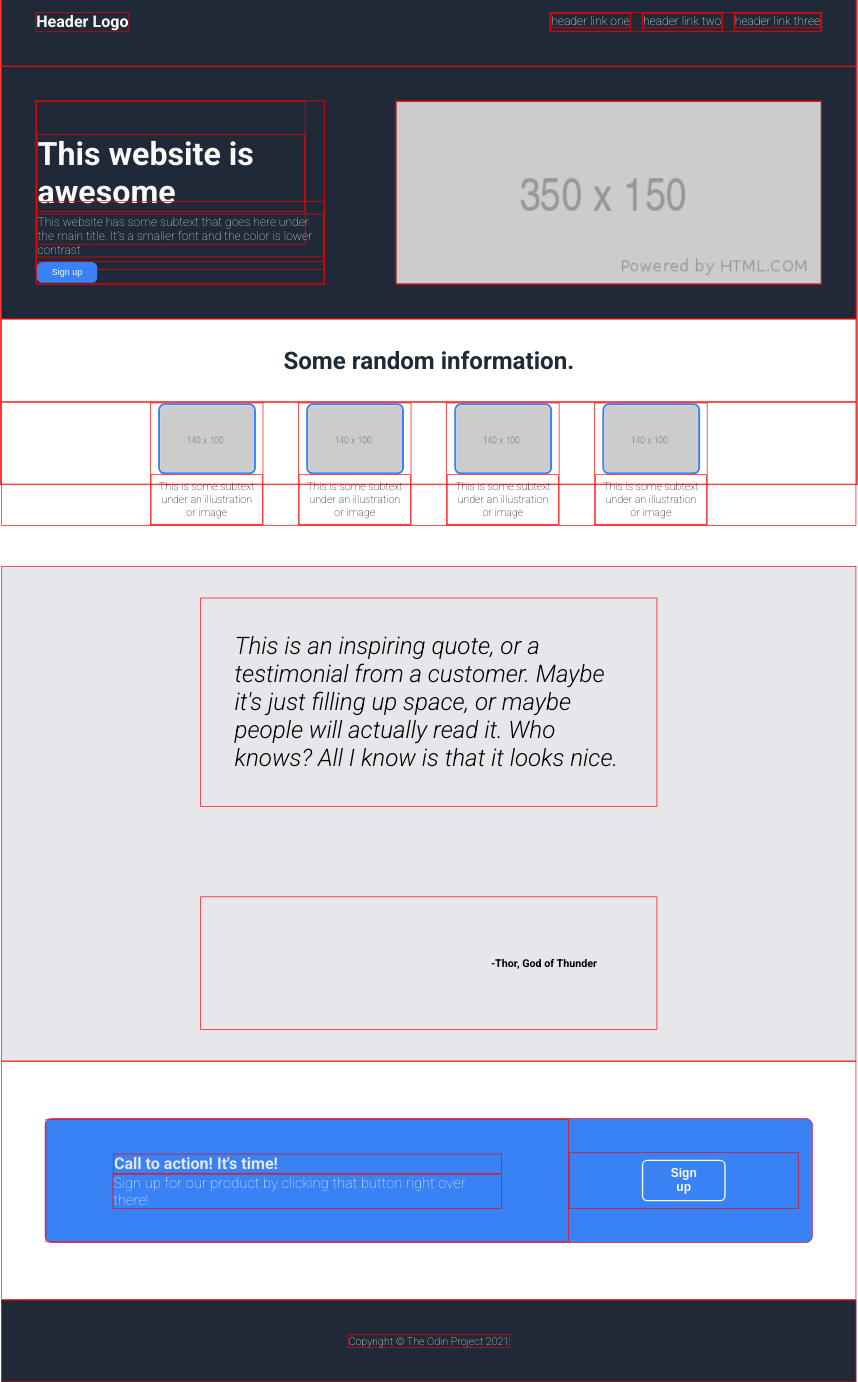
Repository: weazzyefff/The-Landing-Page
Page: index.html
The author's editor kept a copy of each file at every save. The page is drawn from the files as they stood at one save, then again after the next save.
The browser window is 1280 px wide. The pictures show the whole page, at 67% of full size.

Above is the page before, as saved 2022-11-01 19:41:40.
Not found: index.js

### index.html
<!DOCTYPE html>
<html lang="en">

<head>
  <meta charset="UTF-8">
  <meta name="viewport" content="width=device-width, initial-scale=1.0">
  <meta http-equiv="X-UA-Compatible" content="ie=edge">
  <title>The Landing Page</title>
  <link rel="stylesheet" href="css/styles.css">
  <link rel="preconnect" href="https://fonts.googleapis.com">
  <link rel="preconnect" href="https://fonts.gstatic.com" crossorigin>
  <link href="https://fonts.googleapis.com/css2?family=Roboto:ital,wght@0,100;0,700;1,300&display=swap"
    rel="stylesheet">
</head>

<body>
  <div class="header">
    <div class="icon">
      Header Logo
    </div>
    <ul class="right-links">
      <li><a href="#">header link one</a></li>
      <li><a href="#">header link two</a></li>
      <li><a href="#">header link three</a></li>
    </ul>
  </div>
  <div class="hero-container">
    <div class="hero-left">
      <div class="main-text">
        <p>This website is awesome</p>
      </div>
      <div class="secondary-text">
        <p>This website has some subtext that goes here under the main title. It's a smaller
          font and the color is lower contrast.
        </p>
      </div>
      <div class="button-container">
        <button class="button">Sign up</button>
      </div>
    </div>
    <div class="hero-right">
      <img src="img/350x150.png" class="hero-img" alt="Placeholder image">
    </div>
  </div>
  <div class="title">
    Some random information.
  </div>
  <div class="gallery-container">
    <div class="info">
      <img src="img/140x100.png" alt="Placeholder Image">
      <div class="text">This is some subtext under an illustration or image</div>
    </div>
    <div class="info">
      <img src="img/140x100.png" alt="Placeholder Image">
      <div class="text">This is some subtext under an illustration or image</div>
    </div>
    <div class="info">
      <img src="img/140x100.png" alt="Placeholder Image">
      <div class="text">This is some subtext under an illustration or image</div>
    </div>
    <div class="info">
      <img src="img/140x100.png" alt="Placeholder Image">
      <div class="text">This is some subtext under an illustration or image</div>
    </div>
  </div>
  <div class="quote-container">
    <div class="quote">This is an inspiring quote, or a testimonial from a
      customer. Maybe it's just filling up space, or maybe people will
      actually read it. Who knows? All I know is that it looks nice. </div>
    <div class="quotee">-Thor, God of Thunder</div>
  </div>
  <div class="call-container">
    <div class="inside-container">
      <div class="left-side">
        <p class="top-line">
          Call to action! It's time!
        </p>
        <p class="bottom-line">
          Sign up for our product by clicking that button right over there!
        </p>
      </div>
      <div class="right-side">
        <button>
          Sign up
        </button>
      </div>
    </div>
  </div>
  </div>
  <div class="footer">
    <div class="footerContent">
      Copyright © The Odin Project 2021
    </div>
  </div>
  <script src="index.js"></script>
</body>

</html>

### css/styles.css
* {
    border: 1px solid red;
}

.header,
.footer {
    display: flex;
    justify-content: space-between;
    padding: 50px;
    background-color: #1F2937;
    color: #f9faf8;
}

.header {
    margin-top: -35px
}

.footer {
    font-weight: 200;
    justify-content: center;
}

body {
    display: flex;
    height: 100vh;
    margin: 0;
    font-family: 'Roboto', sans-serif;
    flex-direction: column;
}

ul {
    list-style-type: none;
    display: flex;
    margin: 0;
    padding: 0;
    gap: 16px;
}

.header a {
    text-decoration: none;
    color: #f9faf8;
    font-size: 18px;
}

.icon {
    display: flex;
    font-size: 24px;
    font-weight: 800;
}

.footerContent {
    display: flex;
    justify-content: center;
    align-items: center;
}

.hero-container {
    display: flex;
    justify-content: space-between;
    padding: 50px;
    background-color: #1F2937;
    color: #E5E7EB;
}

.hero-left {
    display: flex;
    flex-direction: column;
    background-color: #1F2937;
    font-size: 18px;
    color: #E5E7EB;
}

.hero-left .main-text {
    font-size: 48px;
    color: #f9faf8;
    font-weight: 800;
}

.main-text {
    width: 400px;
    margin-bottom: -65px;
}

.secondary-text {
    width: 428px;
    margin-bottom: -13px;
}

.hero-right {
    display: flex;
    justify-content: center;
    align-items: center;
}

.hero-img {
    display: flex;
    justify-content: center;
    align-items: center;
    width: 633px;
}

.button {
    background-color: #3882f6;
    color: #f9faf8;
    padding: 8px 16px;
    border-radius: 8px;
    display: flex;
    align-items: center;
    justify-content: center;
    width: 90px;
    border-style: none;

}

.gallery-container {
    display: flex;
    justify-content: center;
    gap: 52px;
    margin-bottom: 60px;

}

.title {
    display: flex;
    justify-content: center;
    font-size: 36px;
    font-weight: 800;
    color: #1f2937;
    padding: 40px;
}

.info {
    display: flex;
    justify-content: center;
    flex-direction: column;
    align-items: center;
}

.info img {
    border-radius: 10px;
    border: 3px solid #3882f6;
}

.text {
    width: 149px;
    text-align: center;
    padding: 8px;
}

.quote-container {
    display: flex;
    flex-direction: column;
    justify-content: center;
    background-color: #E5E7EB;
    padding: 46px 296px;
}

.quote {
    padding: 50px;
    font-size: 36px;
    font-style: italic;
    font-weight: 300;
    margin-bottom: 134px;
}

.quotee {
    display: flex;
    justify-content: right;
    font-weight: 800;
    padding: 89px;
}

.call-container {
    display: flex;
    flex-shrink: 0;
    padding: 59px 14px;
    justify-content: center;
    color: #E5E7EB;
}

.inside-container {
    display: flex;
    margin: 25px 50px;
    padding: 0px;
    justify-content: center;
    align-items: center;
    border-radius: 10px;
    background-color: #3882f6;
}

.top-line {
    margin-bottom: -22px;
    margin-left: 1px;
    font-size: 24px;
    font-weight: 800;
}

.bottom-line {
    font-size: 22px;
}
.left-side{
    display: flex;
    padding: 27px 99px;
    flex-direction: column;
}
.right-side{
    display: flex;
    padding: 10px 108px;
    margin-right: 20px;

}
.right-side button{
    border: solid 2px #f9faf8;
    padding: 8px 28px;
    font-size: 18px;
    font-weight: 800;
    border-radius: 8px;
    background-color: #3882f6;
    color: #f9faf8;
}
p {
    display: flex;
    justify-content: start;
}

After the next save:
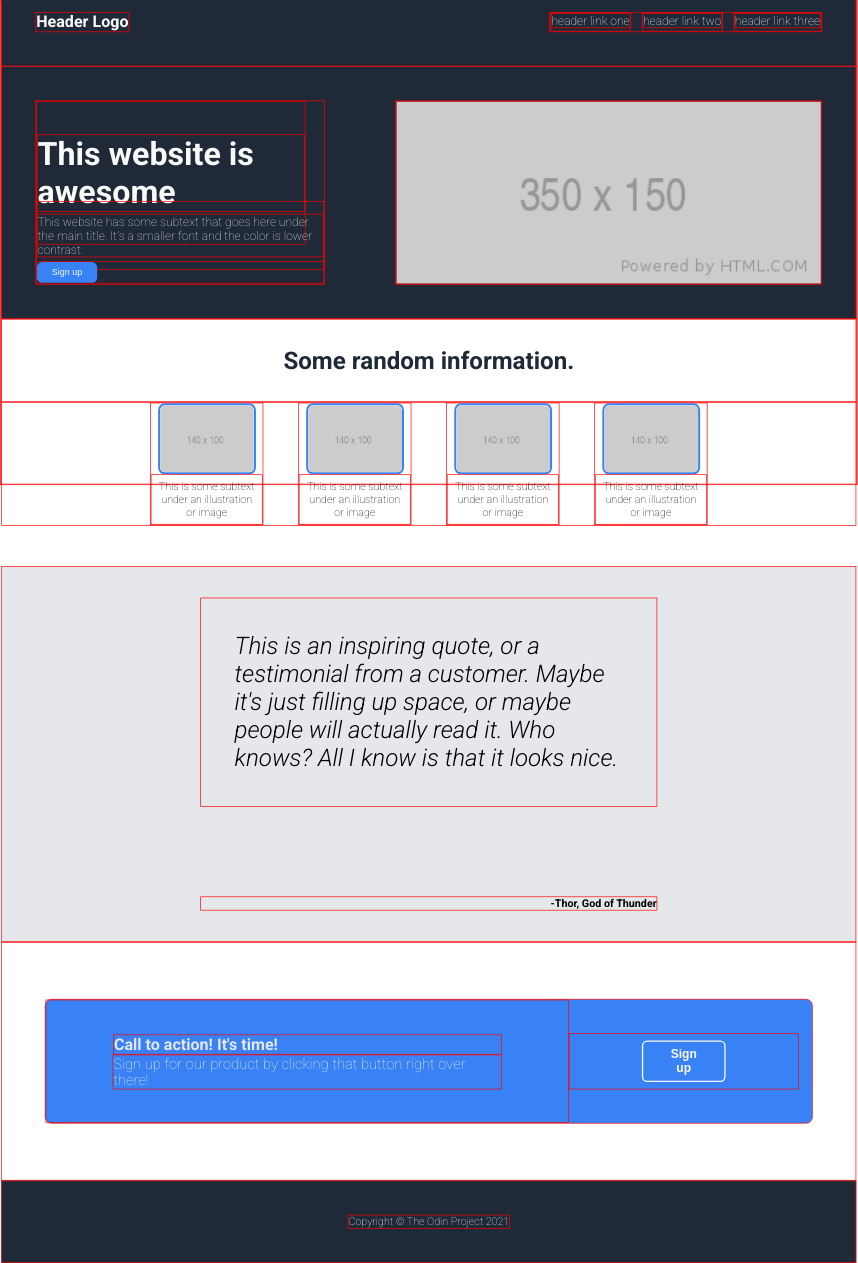
Saved 10 s later.
--- a/css/styles.css
+++ b/css/styles.css
@@ -167,7 +167,7 @@ ul {
     display: flex;
     justify-content: right;
     font-weight: 800;
-    padding: 89px;
+
 }
 
 .call-container {
